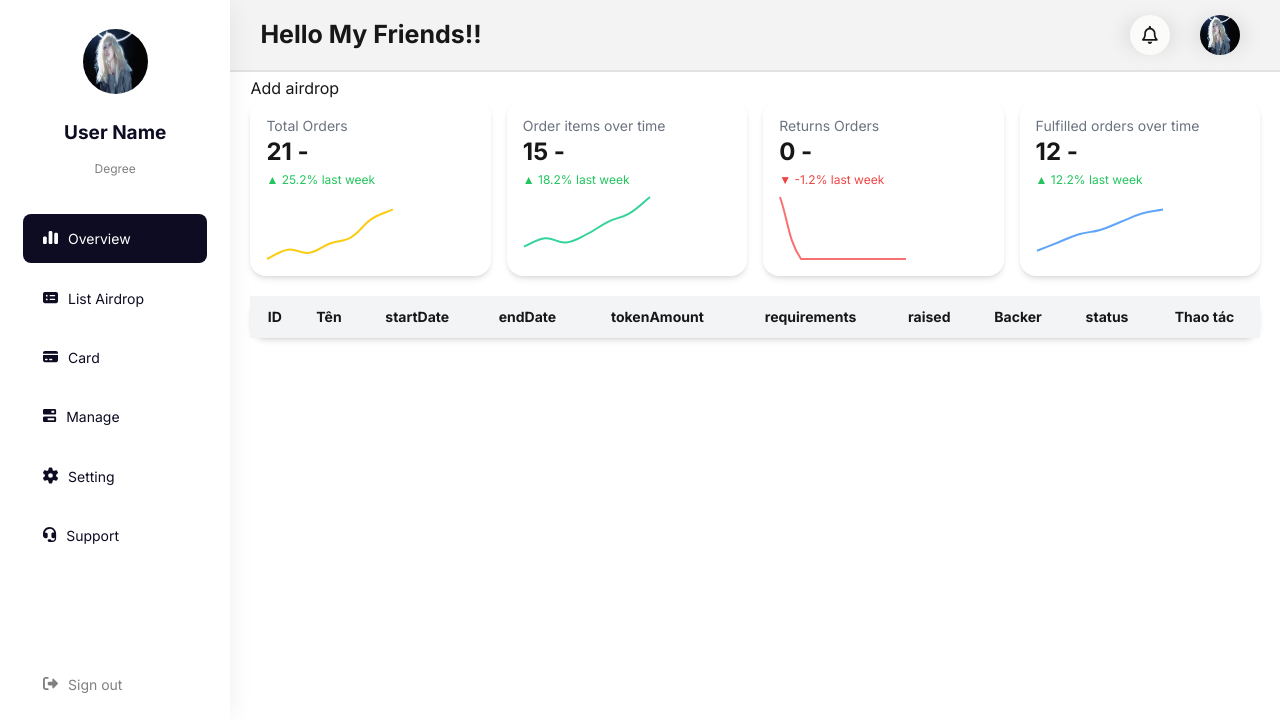
Repository: conGaStuer/airdropmamager
Page: /airdrops
These files come from the project's save history. The page is drawn as it stood at one moment and after the next save; the edit follows.
The browser window is 1280 px wide. The pictures show the whole page.
The page's requests for data from a server got no answer. The project was rebuilt for these pictures with package versions that can differ from the ones it lists, and the page was loaded fresh each time. The framework's server and built-in components were replaced by stand-ins that run in the browser. No one was signed in, and anything a server would have sent is missing. Also part of the build but not shown: next.config.ts.

Above is the page before, as saved 2025-05-26 20:23:52.

### src/app/layout.tsx
// app/layout.tsx
import { Inter } from "next/font/google";
import "../styles/globals.css";
import NavBar from "@/components/NavBar";
import SideBar from "@/components/SideBar";

const inter = Inter({ subsets: ["latin"] });

export const metadata = {
  title: "Airdrop Admin",
  description: "Manage Airdrops",
};

// app/layout.tsx
export default function RootLayout({
  children,
}: {
  children: React.ReactNode;
}) {
  return (
    <html lang="en">
      <body>{children}</body>
    </html>
  );
}

### src/app/airdrops/layout.js
// app/airdrops/layout.js (hoặc layout.tsx nếu bạn dùng TypeScript)
"use client";
import React from "react";
import NavBar from "@/components/NavBar";
import SideBar from "@/components/SideBar";

export default function AirdropLayout({ children }) {
  return (
    <div className="flex">
      <SideBar />
      <div className="flex-1">
        <NavBar />
        <main className="pt-14 ">{children}</main>
      </div>
    </div>
  );
}

### src/app/airdrops/page.js
"use client";
import React from "react";
import { useState, useEffect } from "react";
import axios from "axios";
import { useRouter } from "next/navigation";

import StatCard from "@/components/StatCard";
import "../../styles/table.scss";
export default function AirdropPages() {
  const [airdrops, setAirdrops] = useState([]);

  useEffect(() => {
    const fetchAirdrops = async () => {
      try {
        const res = await axios.get("http://localhost:5000/api/airdrops");
        setAirdrops(res.data);
      } catch (err) {
        console.error("Error fetching airdrops:", err);
      }
    };
    fetchAirdrops();
  }, []);

  const handleDelete = async (id) => {
    if (confirm("Bạn có chắc muốn xóa airdrop này không?")) {
      await axios.delete(`http://localhost:5000/api/airdrops/${id}`);
      const res = await axios.get("http://localhost:5000/api/airdrops");
      setAirdrops(res.data);
    }
  };
  const router = useRouter();
  return (
    <div style={{ padding: 20 }}>
      <button onClick={() => router.push("./airdrops/new")}>Add airdrop</button>
      <div className=" grid grid-cols-1 md:grid-cols-2 lg:grid-cols-4 gap-4">
        <StatCard
          title="Total Orders"
          value={21}
          percentage={25.2}
          isUp={true}
          chartColor="#FACC15" // yellow
          data={[5, 8, 7, 10, 12, 18, 21]}
        />
        <StatCard
          title="Order items over time"
          value={15}
          percentage={18.2}
          isUp={true}
          chartColor="#34D399" // green
          data={[3, 5, 4, 6, 9, 11, 15]}
        />
        <StatCard
          title="Returns Orders"
          value={0}
          percentage={-1.2}
          isUp={false}
          chartColor="#F87171" // red
          data={[1, 0, 0, 0, 0, 0, 0]}
        />
        <StatCard
          title="Fulfilled orders over time"
          value={12}
          percentage={12.2}
          isUp={true}
          chartColor="#60A5FA" // blue
          data={[2, 4, 6, 7, 9, 11, 12]}
        />
      </div>
      <table
        border="1"
        cellPadding="10"
        style={{ marginTop: 20, width: "100%" }}
        className="shadow-md bg-white rounded-2xl "
      >
        <thead className="bg-gray-100 ">
          <tr className="text-sm text-center">
            <th>ID</th>

            <th>Tên</th>
            <th>startDate</th>
            <th>endDate</th>
            <th>tokenAmount</th>
            <th>requirements</th>
            <th>raised</th>
            <th>Backer</th>
            <th>status</th>

            <th>Thao tác</th>
          </tr>
        </thead>
        <tbody>
          {airdrops.map((item) => (
            <tr key={item.id} className="text-sm text-center">
              <td>{item.id}</td>
              <td>{item.name}</td>
              <td>{new Date(item.startDate).toLocaleDateString("vi-VN")}</td>
              <td>{new Date(item.endDate).toLocaleDateString("vi-VN")}</td>
              <td>{item.tokenAmount}</td>
              <td>{item.requirements}</td>
              <td>{item.raised}</td>
              <td>{item.backer}</td>
              <td>{item.status}</td>

              <td>
                <button
                  onClick={() => router.push(`./airdrops/${item.id}/edit`)}
                >
                  Edit
                </button>
                <button onClick={() => handleDelete(item.id)}>Delete</button>
              </td>
            </tr>
          ))}
        </tbody>
      </table>
    </div>
  );
}

### src/styles/globals.css
@tailwind base;
@tailwind components;
@tailwind utilities;

:root {
  --background: #ffffff;
  --foreground: #171717;
}

@media (prefers-color-scheme: dark) {
  :root {
    --background: #ffffff;
    --foreground: #393737;
  }
}

body {
  color: var(--foreground);
  background: var(--background);
  font-family: inter;
  background-size: cover;
  background-position: center;
}

### src/components/NavBar.js
import React from "react";
import "../styles/navbar.scss";
import { FontAwesomeIcon } from "@fortawesome/react-fontawesome";
import {
  faEdit,
  faTrash,
  faRectangleList,
  faChartSimple,
  faCreditCard,
  faBarsProgress,
  faGear,
  faHeadset,
  faRightFromBracket,
  faRing,
} from "@fortawesome/free-solid-svg-icons";
import { faBell } from "@fortawesome/free-regular-svg-icons";
import Image from "next/image";
export default function NavBar() {
  return (
    <div className="nav-side">
      <p>Hello My Friends!!</p>
      <div className="menu">
        <div className="iconn">
          <FontAwesomeIcon icon={faBell} className="icon" />
        </div>
        <Image src="/styles/avt.jpg" alt="Avatar" width={20} height={20} />
      </div>
    </div>
  );
}

### src/components/SideBar.js
import React from "react";
import "../styles/sideBar.scss";
import { FontAwesomeIcon } from "@fortawesome/react-fontawesome";
import {
  faEdit,
  faTrash,
  faRectangleList,
  faChartSimple,
  faCreditCard,
  faBarsProgress,
  faGear,
  faHeadset,
  faRightFromBracket,
} from "@fortawesome/free-solid-svg-icons";
import Image from "next/image";
import Link from "next/link";
export default function SideBar() {
  return (
    <div className="side-bar">
      <div className="side-info">
        <div className="user-profile">
          <Image src="/styles/avt.jpg" alt="Avatar" width={80} height={80} />
          <h4>User Name</h4>
          <p>Degree</p>
        </div>
      </div>
      <div className="side-menu">
        <div className="menu-element menu-element1">
          <FontAwesomeIcon icon={faChartSimple} className="icon" />

          <span>Overview</span>
        </div>
        <Link href="./airdrops" className="menu-element">
          <FontAwesomeIcon icon={faRectangleList} className="icon" />

          <span>List Airdrop</span>
        </Link>
        <div className="menu-element">
          <FontAwesomeIcon icon={faCreditCard} className="icon" />
          <span>Card</span>
        </div>
        <div className="menu-element">
          <FontAwesomeIcon icon={faBarsProgress} className="icon" />
          <span>Manage</span>
        </div>
        <div className="menu-element">
          <FontAwesomeIcon icon={faGear} className="icon" />
          <span>Setting</span>
        </div>
        <div className="menu-element">
          <FontAwesomeIcon icon={faHeadset} className="icon" />

          <span>Support</span>
        </div>
      </div>
      <div className="side-logout">
        <FontAwesomeIcon icon={faRightFromBracket} className="icon" />
        <span>Sign out</span>
      </div>
    </div>
  );
}

### src/components/StatCard.js
import { Line } from "react-chartjs-2";
import {
  Chart as ChartJS,
  LineElement,
  CategoryScale,
  LinearScale,
  PointElement,
} from "chart.js";

ChartJS.register(LineElement, CategoryScale, LinearScale, PointElement);

export default function StatCard({
  title,
  value,
  percentage,
  chartColor,
  data,
  isUp,
}) {
  return (
    <div className="bg-white p-4 rounded-2xl shadow-md">
      <div className="text-sm text-gray-500">{title}</div>
      <div className="flex items-center justify-between">
        <div className="text-2xl font-bold">{value} -</div>
      </div>
      <div className="flex items-center text-xs text-gray-400 mt-1">
        <span className={isUp ? "text-green-500" : "text-red-500"}>
          {isUp ? "▲" : "▼"} {percentage}% last week
        </span>
      </div>
      <div className="h-16 mt-2">
        <Line
          data={{
            labels: data.map((_, i) => i),
            datasets: [
              {
                data,
                borderColor: chartColor,
                borderWidth: 2,
                tension: 0.4,
                pointRadius: 0,
              },
            ],
          }}
          options={{
            responsive: true,
            plugins: {
              legend: { display: false },
              tooltip: { enabled: false },
            },
            scales: {
              x: { display: false },
              y: { display: false },
            },
          }}
        />
      </div>
    </div>
  );
}

### src/styles/table.scss
table {
  border: 1px solid #f3f3f3;
  border-radius: 16rem;
}
td {
  font-family: "Inter", sans-serif;
  font-size: small;
}

### src/styles/navbar.scss
@mixin center-div {
  display: flex;

  justify-content: space-between;
  align-items: center;
}
@mixin no-space-text {
  margin: 0px;
  padding: 0px;
}
.nav-side {
  width: 82%;
  height: 10vh;
  background-color: #f3f3f3;
  position: fixed;
  float: right;
  right: 0px;

  border-bottom-right-radius: 0px;
  @include center-div();
  padding-left: 30px;
  padding-right: 40px;
  border-bottom: 2px solid rgb(226, 226, 226);
  p {
    font-size: 25px;
    font-weight: bold;
    font-family: "Inter", sans-serif;
  }
  .menu {
    width: 120px;
    height: 90%;
    @include center-div();

    .iconn {
      width: 40px;
      height: 40px;
      background-color: #fbfbfa;
      border-radius: 50%;
      @include center-div();
      justify-content: center;
      position: relative;
      left: 10px;
      box-shadow: 10px 0 20px -5px rgba(0, 0, 0, 0.1),
        -10px 0 20px -5px rgba(0, 0, 0, 0.1);

      .icon {
        font-size: 18px;
      }
    }
    img {
      width: 40px;
      height: 40px;
      border-radius: 50%;
      box-shadow: 10px 0 20px -5px rgba(0, 0, 0, 0.1),
        -10px 0 20px -5px rgba(0, 0, 0, 0.1);
    }
  }
}

### src/styles/sideBar.scss
@mixin center-div {
  display: flex;
  flex-direction: column;
  justify-content: space-between;
  align-items: center;
}
@mixin no-space-text {
  margin: 0px;
  padding: 0px;
}
.side-bar {
  font-family: "Inter", sans-serif;
  @include center-div();
  width: 18%;
  height: 100vh;
  background-color: white;
  color: #808080;
  box-shadow: 10px 0 20px -5px rgba(0, 0, 0, 0.05),
    -10px 0 20px -5px rgba(0, 0, 0, 0.05);
  z-index: 1;
  .icon {
    font-size: 15px;
    margin-right: 10px;
    position: relative;
    top: -1px;
  }
  .side-info {
    width: 80%;
    height: 34%;
    display: flex;
    flex-direction: column;
    justify-content: space-around;
    align-items: center;
    position: relative;
    top: -10px;
    h4 {
      @include no-space-text();
      font-size: 18px;
      font-weight: bold;
    }
    .user-profile {
      width: 75%;
      height: 68%;
      @include center-div();

      img {
        width: 65px;
        height: 65px;
        border-radius: 50%;
      }
      h4 {
        font-size: 19px;
        font-weight: bold;
        @include no-space-text();
        position: relative;
        top: -3px;
        color: #0d0c22;
      }
      p {
        @include no-space-text();
        font-size: 12px;
        position: relative;
        top: -18px;
      }
    }
  }
  .side-menu {
    width: 80%;
    height: 48%;
    @include center-div();
    position: relative;
    top: -65px;
    .menu-element {
      width: 100%;
      height: 14%;
      background-color: white;
      border-radius: 8px;
      font-size: 14px;
      display: flex;
      align-items: center;
      padding: 20px;
      color: #0d0c22;
    }
    .menu-element1 {
      background-color: #0d0c22;
      color: white;
    }
  }
  .side-logout {
    width: 80%;
    height: 7%;
    display: flex;
    align-items: center;
    padding: 20px;
    margin-bottom: 10px;
    span {
      font-size: 14px;
    }
  }
}

### tailwind.config.ts
import type { Config } from "tailwindcss";

export default {
  content: [
    "./src/pages/**/*.{js,ts,jsx,tsx,mdx}",
    "./src/components/**/*.{js,ts,jsx,tsx,mdx}",
    "./src/app/**/*.{js,ts,jsx,tsx,mdx}",
  ],
  theme: {
    extend: {
      colors: {
        background: "var(--background)",
        foreground: "var(--foreground)",
      },
      fontFamily: {
        sans: ["var(--font-inter)", "sans-serif"],
      },
    },
  },
  plugins: [],
} satisfies Config;

After the next save:
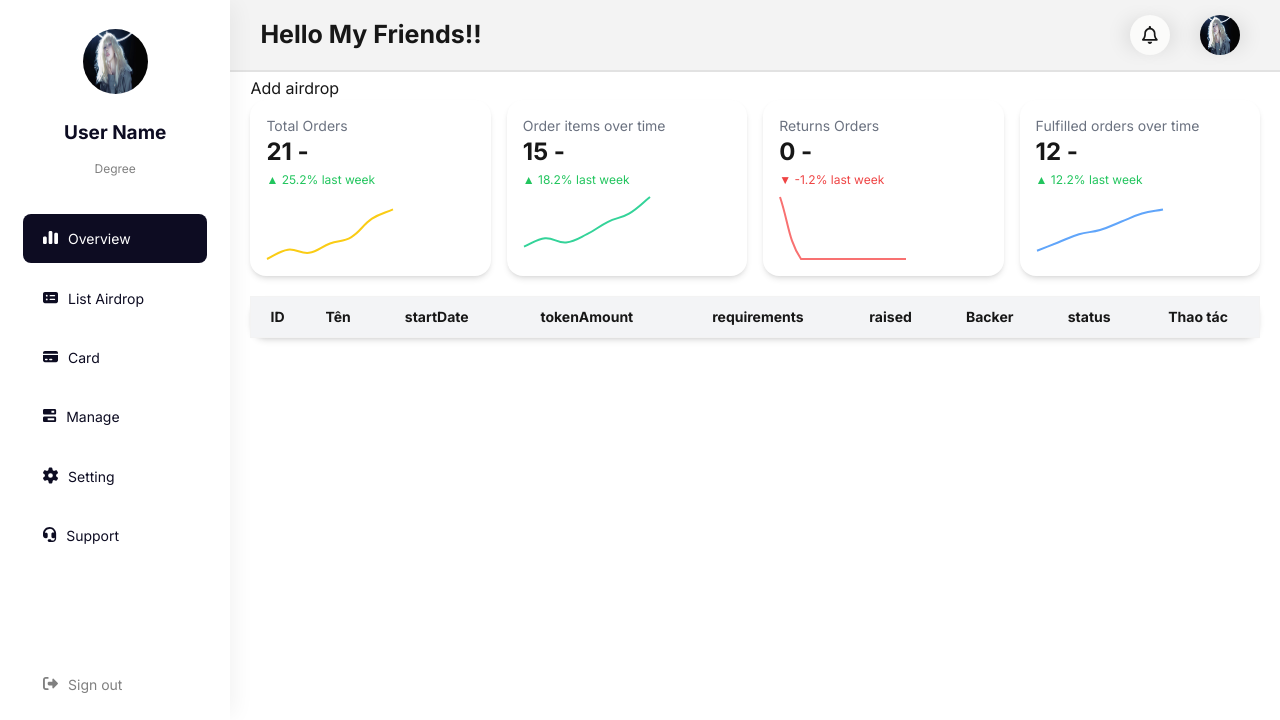
Saved 59 s later.
--- a/src/app/airdrops/page.js
+++ b/src/app/airdrops/page.js
@@ -78,7 +78,6 @@ export default function AirdropPages() {
 
             <th>Tên</th>
             <th>startDate</th>
-            <th>endDate</th>
             <th>tokenAmount</th>
             <th>requirements</th>
             <th>raised</th>
@@ -94,7 +93,6 @@ export default function AirdropPages() {
               <td>{item.id}</td>
               <td>{item.name}</td>
               <td>{new Date(item.startDate).toLocaleDateString("vi-VN")}</td>
-              <td>{new Date(item.endDate).toLocaleDateString("vi-VN")}</td>
               <td>{item.tokenAmount}</td>
               <td>{item.requirements}</td>
               <td>{item.raised}</td>
